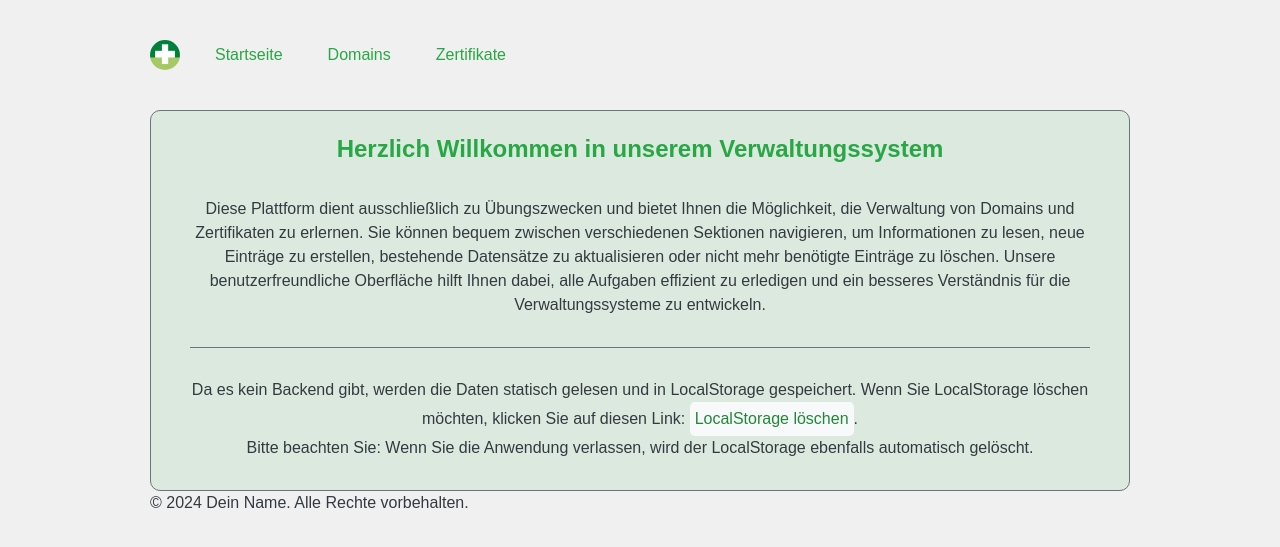
Repository: bajricadmir/verwaltungssystem-vanilla-html-css
Page: index.html
An editor plug-in stored every save of this project. The page is shown before and after the next save, followed by the edit.
The browser window is 1280 px wide. The pictures show the whole page.

Above is the page before, as saved 2024-10-14 11:59:42.

### index.html
<!DOCTYPE html>
<html lang="en">
  <head>
    <meta charset="UTF-8" />
    <meta name="viewport" content="width=device-width, initial-scale=1.0" />
    <link
      rel="shortcut icon"
      href="./assets/images/favicon.ico"
      type="image/x-icon"
    />
    <link rel="stylesheet" href="style.css" />
    <title>Verwaltungssystem</title>
  </head>
  <body>
    <header class="header">
      <nav class="navigation">
        <img src="./assets/images/favicon.ico" alt="Logo" class="logo" />

        <ul class="nav-list">
          <li class="nav-item">
            <a class="nav-link" href="#home">Startseite</a>
          </li>
          <li class="nav-item">
            <a class="nav-link" href="#about">Domains</a>
          </li>
          <li class="nav-item">
            <a class="nav-link" href="#contact">Zertifikate</a>
          </li>
        </ul>
      </nav>
    </header>

    <main class="main-content">
      <section class="content-section">
        <h1 class="alert-heading">
          Herzlich Willkommen in unserem Verwaltungssystem
        </h1>
        <p class="content-paragraph">
          Diese Plattform dient ausschließlich zu Übungszwecken und bietet Ihnen
          die Möglichkeit, die Verwaltung von Domains und Zertifikaten zu
          erlernen. Sie können bequem zwischen verschiedenen Sektionen
          navigieren, um Informationen zu lesen, neue Einträge zu erstellen,
          bestehende Datensätze zu aktualisieren oder nicht mehr benötigte
          Einträge zu löschen. Unsere benutzerfreundliche Oberfläche hilft Ihnen
          dabei, alle Aufgaben effizient zu erledigen und ein besseres
          Verständnis für die Verwaltungssysteme zu entwickeln.
        </p>
      </section>

      <div class="divider"></div>

      <section class="content-section">
        <p class="content-paragraph">
          Da es kein Backend gibt, werden die Daten statisch gelesen und in
          LocalStorage gespeichert. Wenn Sie LocalStorage löschen möchten,
          klicken Sie auf diesen Link:
          <button type="button" class="btn">LocalStorage löschen</button>.<br />
          Bitte beachten Sie: Wenn Sie die Anwendung verlassen, wird der
          LocalStorage ebenfalls automatisch gelöscht.
        </p>
      </section>
    </main>

    <footer>
      <p>&copy; 2024 Dein Name. Alle Rechte vorbehalten.</p>
    </footer>
  </body>
</html>

### style.css
:root {
  --primary-color: #007bff;
  --secondary-color: #6c757d;
  --success-color: #28a745;
  --success-color-hover: #218838;
  --success-color-bgc: #d4edda;
  --danger-color: #dc3545;
  --warning-color: #ffc107;
  --info-color: #17a2b8;
  --light-color: #f8f9fa;
  --dark-color: #343a40;

  --font-size-base: 16px;
  --font-family-base: "Arial", sans-serif;
  --background-color: #f0f0f0;
}

* {
  margin: 0;
  padding: 0;
  box-sizing: border-box;
}

html,
body {
  height: 100%;
  font-family: var(--font-family-base);
  line-height: 1.5;
}

body {
  padding: 40px 150px;
  background-color: var(--background-color);
  color: var(--dark-color);
}

ul {
  list-style: none;
}

a {
  text-decoration: none;
  color: inherit;
}

button {
  background: none;
  border: none;
  padding: 0;
  font: inherit;
  color: inherit;
  text-align: inherit;
  cursor: pointer;
  outline: none;
  transition: background-color 0.3s, color 0.3s;
}

table {
  border-collapse: collapse;
  width: 100%;
}

.navigation {
  display: flex;
  align-items: center;
}

.logo {
  width: 30px;
  height: 30px;
  border-radius: 50%;
  margin-right: 20px;
}

.nav-list {
  display: flex;
  align-items: center;
}

.nav-item {
  margin-right: 15px;
}

.nav-item:last-child {
  margin-right: 0;
}

.nav-item a {
  color: var(--success-color);
  transition: color 0.3s ease;
  padding: 10px 15px;
  border-radius: 5px;
}

.nav-item a:hover {
  color: var(--success-color-hover);
  background-color: rgba(40, 167, 69, 0.1);
}

.main-content {
  display: flex;
  flex-direction: column;
  align-items: center;
  margin-top: 40px;
  background-color: rgba(40, 167, 69, 0.1);
  padding: 20px 15px;
  border: 0.1px solid var(--secondary-color);
  border-radius: 10px;
}

.content-section {
  text-align: center;
}

.alert-heading {
  color: var(--success-color);
  padding-bottom: 20px;
}

.content-paragraph {
  padding: 10px;
}

.divider {
  width: 95%;
  height: 1px;
  background-color: var(--secondary-color);
  margin: 20px 0;
}

.btn {
  padding: 5px;
  background-color: var(--light-color);
  color: var(--success-color-hover);
  border-radius: 5px;
}

After the next save:
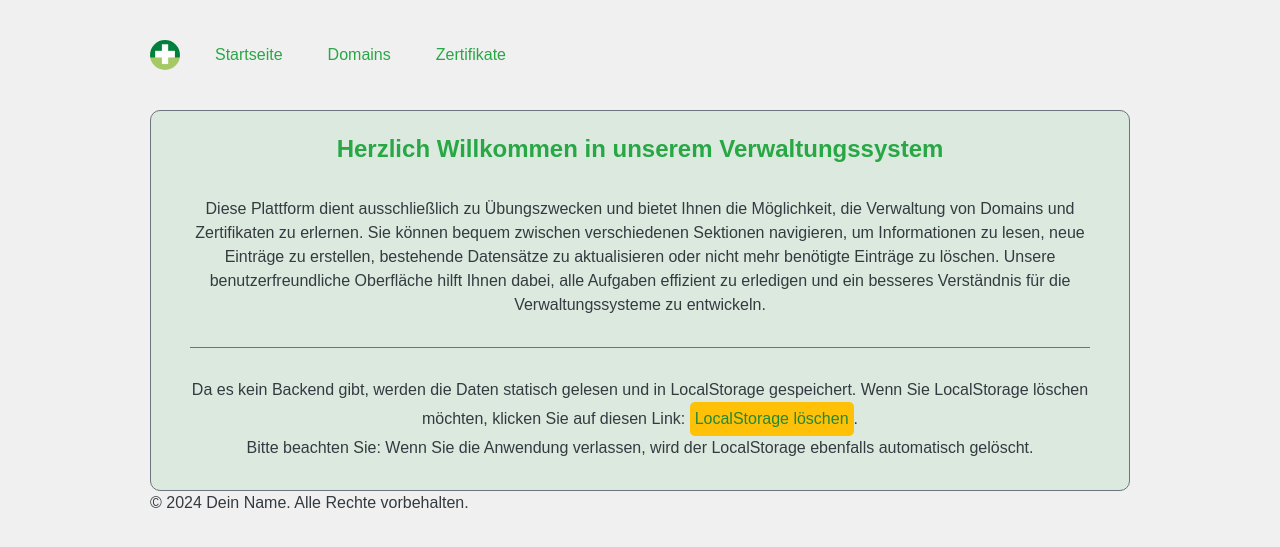
Saved 26 s later.
--- a/style.css
+++ b/style.css
@@ -130,7 +130,7 @@ table {
 
 .btn {
   padding: 5px;
-  background-color: var(--light-color);
+  background-color: var(--warning-color);
   color: var(--success-color-hover);
   border-radius: 5px;
 }
